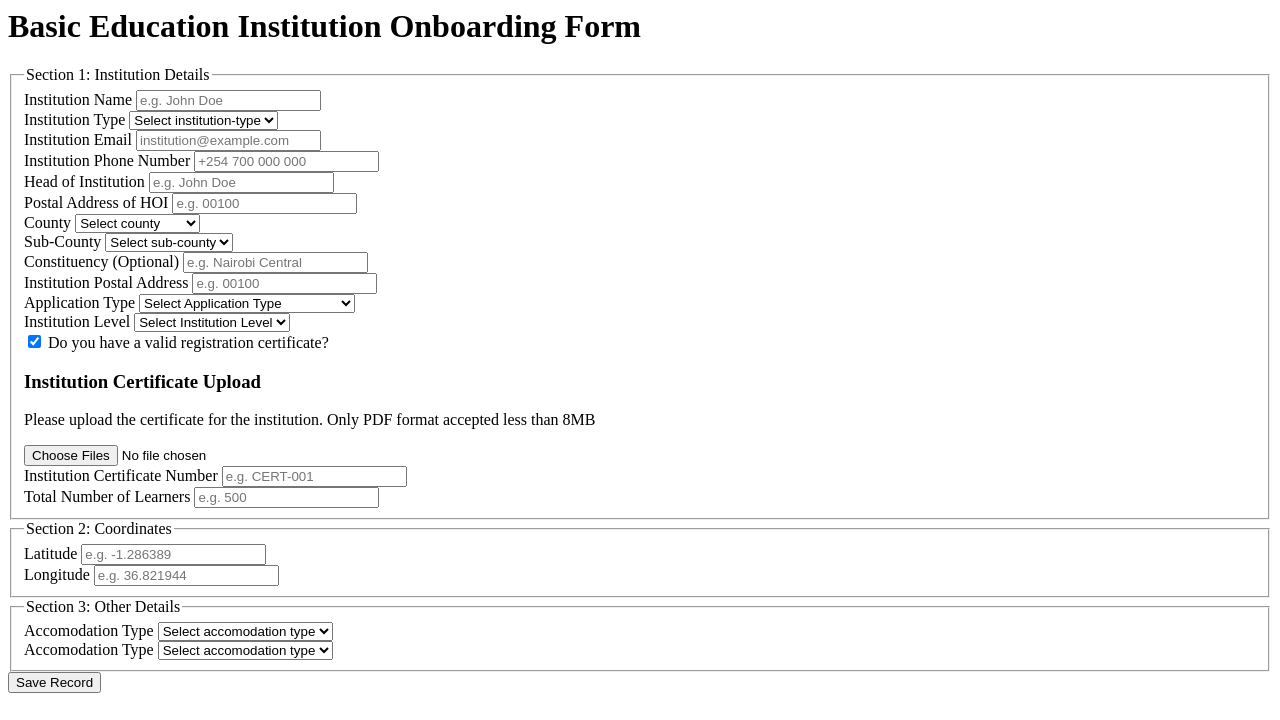
Repository: ndirituart/KEMIS
Page: angular-client/src/app/pages/basic-education/basic-education.html
The author's editor kept a copy of each file at every save. The page is drawn from the files as they stood at one save, then again after a run of saves.
The browser window is 1280 px wide. The pictures show the whole page.

Above is the page before, as saved 2026-10-20 21:46:36.

### angular-client/src/app/pages/basic-education/basic-education.html
<div class="kemis-form-wrapper">
<form class="kemis-form" (ngSubmit)="onSubmit()" #myForm="ngForm">
<h1 class="text-center mb-4">Basic Education Institution Onboarding Form</h1>
  <!-- ========================================== -->
  <!-- Section 1: Institution Details                -->
  <!-- ========================================== -->
  <fieldset class="mb-4 p-3 border rounded">
    <legend class="float-none w-auto px-2 fs-5 fw-bold text-primary">Section 1: Institution Details</legend>

    <div class="row g-3">
      <!-- Institution Name -->
      <div class="col-md-6">
        <label for="fullName" class="form-label fw-semibold">Institution Name</label>
        <input type="text" class="form-control" id="fullName" name="fullName" placeholder="e.g. John Doe" required>
      </div>

      <!-- Type of School based on Gender -->
      <div class="col-md-6">
        <label for="institution-type" class="form-label fw-semibold">Institution Type</label>
        <select class="form-select" id="institution-type" name="institution-type" required>
          <option value="" disabled selected>Select institution-type</option>
          <option value="Boy's School">Boy's School</option>
          <option value="Girl's School">Girl's School</option>
          <option value="Mixed School">Mixed School</option>
        </select>
      </div>

      <!-- Institution Email -->
      <div class="col-md-6">
        <label for="emailId" class="form-label fw-semibold">Institution Email</label>
        <input type="email" class="form-control" id="emailId" name="emailId" placeholder="institution@example.com" required>
      </div>

      <!-- Institution Phone Number -->
      <div class="col-md-6">
        <label for="phoneNumber" class="form-label fw-semibold">Institution Phone Number</label>
        <input type="tel" class="form-control" id="phoneNumber" name="phoneNumber" placeholder="+254 700 000 000" required>
      </div>

      <!-- Head of Institution -->
      <div class="col-md-6">
        <label for="headOfInstitution" class="form-label fw-semibold">Head of Institution</label>
        <input type="text" class="form-control" id="headOfInstitution" name="headOfInstitution" placeholder="e.g. John Doe" required>
      </div>

      <!-- Postal Address of HOI -->
      <div class="col-md-6">
        <label for="postalAddressHoi" class="form-label fw-semibold">Postal Address of HOI</label>
        <input type="text" class="form-control" id="postalAddressHoi" name="postalAddressHoi" placeholder="e.g. 00100" required>
      </div>

      <!--County List-->
      <div class="col-md-6">
        <label for="county" class="form-label fw-semibold">County</label>
        <select class="form-select" id="county" name="county" required>
          <option value="" disabled selected>Select county</option>
      <option value="baringo">Baringo</option>
      <option value="bomet">Bomet</option>
      <option value="bungoma">Bungoma</option>
      <option value="busia">Busia</option>
      <option value="elgeyo marakwet">Elgeyo Marakwet</option>
      <option value="embu">Embu</option>
      <option value="garissa">Garissa</option>
      <option value="homa bay">Homa Bay</option>
      <option value="isiolo">Isiolo</option>
      <option value="kajiado">Kajiado</option>
      <option value="kakamega">Kakamega</option>
      <option value="kericho">Kericho</option>
      <option value="kiambu">Kiambu</option>
      <option value="kilifi">Kilifi</option>
      <option value="kirinyaga">Kirinyaga</option>
      <option value="kisii">Kisii</option>
      <option value="kisumu">Kisumu</option>
      <option value="kitui">Kitui</option>
      <option value="kwale">Kwale</option>
      <option value="laikipia">Laikipia</option>
      <option value="lamu">Lamu</option>
      <option value="machakos">Machakos</option>
      <option value="makueni">Makueni</option>
      <option value="mandera">Mandera</option>
      <option value="meru">Meru</option>
      <option value="migori">Migori</option>
      <option value="marsabit">Marsabit</option>
      <option value="mombasa">Mombasa</option>
      <option value="muranga">Muranga</option>
      <option value="nairobi">Nairobi</option>
      <option value="nakuru">Nakuru</option>
      <option value="nandi">Nandi</option>
      <option value="narok">Narok</option>
      <option value="nyamira">Nyamira</option>
      <option value="nyandarua">Nyandarua</option>
      <option value="nyeri">Nyeri</option>
      <option value="samburu">Samburu</option>
      <option value="siaya">Siaya</option>
      <option value="taita taveta">Taita Taveta</option>
      <option value="tana river">Tana River</option>
      <option value="tharaka nithi">Tharaka Nithi</option>
      <option value="trans nzoia">Trans Nzoia</option>
      <option value="turkana">Turkana</option>
      <option value="uasin gishu">Uasin Gishu</option>
      <option value="vihiga">Vihiga</option>
      <option value="wajir">Wajir</option>
      <option value="pokot">West Pokot</option>
  </select>
      </div>

      <!--TO-DO: Nestsed array for Sub-County List dependent on county chosen-->
      <div class="col-md-6">
        <label for="subCounty" class="form-label fw-semibold">Sub-County</label>
        <select class="form-select" id="subCounty" name="subCounty" required>
          <option value="" disabled selected>Select sub-county</option>
        </select>
      </div>

      <!--Constituency Name OPTIONAL-->
      <div class="col-md-6">
        <label for="constituency" class="form-label fw-semibold">Constituency (Optional)</label>
        <input type="text" class="form-control" id="constituency" name="constituency" placeholder="e.g. Nairobi Central">
      </div>

      <!--Institution Postal Address-->
      <div class="col-md-6">
        <label for="postalAddressInstitution" class="form-label fw-semibold">Institution Postal Address</label>
        <input type="text" class="form-control" id="postalAddressInstitution" name="postalAddressInstitution" placeholder="e.g. 00100" required>
      </div>

       <!-- Application Type -->
      <div class="col-md-6">
        <label for="application-type" class="form-label fw-semibold">Application Type</label>
        <select class="form-select" id="application-type" name="application-type" required>
          <option value="" disabled selected>Select Application Type</option>
          <option value="Regular School">Regular School</option>
          <option value="Regular School with Special Unit">Regular School with Special Unit</option>
          <option value="Special School">Special School</option>
        </select>
      </div>

       <!-- Institution Level -->
      <div class="col-md-6">
        <label for="institution-level" class="form-label fw-semibold">Institution Level</label>
        <select class="form-select" id="institution-level" name="institution-level" required>
          <option value="" disabled selected>Select Institution Level</option>
          <option value="Pre-Primary">Pre-Primary</option>
          <option value="Primary">Primary</option>
          <option value="Secondary">Secondary</option>
          <option value="High School">High School</option>
        </select>
      </div>

      <!-- Boolean Toggle (Switch) -->
      <div class="col-12 mt-3">
        <div class="form-check form-switch">
          <input class="form-check-input" type="checkbox" role="switch" id="isActive" name="isActive" checked>
          <label class="form-check-label fw-semibold" for="isActive">Do you have a valid registration certificate?</label>
        </div>
      </div>

      <!--Certificate Upload-->
      <div class="upload">
        <h3>Institution Certificate Upload</h3>
        <p class="upload__description">Please upload the certificate for the institution. Only PDF format accepted less than 8MB </p>
        <input class="upload__input" id="certificate_pdf" type="file" multiple />
        <div class="upload__files">
        </div>
      </div>

      <!--Institution Certificate Number-->
      <div class="col-md-6">
        <label for="certificateNumber" class="form-label fw-semibold">Institution Certificate Number</label>
        <input type="text" class="form-control" id="certificateNumber" name="certificateNumber" placeholder="e.g. CERT-001" required>
      </div>

      <!--Total Number of Learners-->
      <div class="col-md-6">
        <label for="totalLearners" class="form-label fw-semibold">Total Number of Learners</label>
        <input type="number" class="form-control" id="totalLearners" name="totalLearners" placeholder="e.g. 500" required>
      </div>

    </div>
  </fieldset>

  <!-- ========================================== -->
  <!-- SECTION 2: Coordinates            -->
  <!-- ========================================== -->
  <fieldset class="mb-4 p-3 border rounded">
    <legend class="float-none w-auto px-2 fs-5 fw-bold text-primary">Section 2: Coordinates</legend>

    <div class="row g-3">
      <!-- Latitude -->
      <div class="col-md-6">
        <label for="latitude" class="form-label fw-semibold">Latitude</label>
        <input type="number" class="form-control" id="latitude" name="latitude" placeholder="e.g. -1.286389" required>
      </div>

      <!-- Longitude -->
      <div class="col-md-6">
        <label for="longitude" class="form-label fw-semibold">Longitude</label>
        <input type="number" class="form-control" id="longitude" name="longitude" placeholder="e.g. 36.821944" required>
      </div>


    </div>
  </fieldset>

  <!-- ========================================== -->
  <!-- SECTION 3: Other Details                -->
  <!-- ========================================== -->
  <fieldset class="mb-4 p-3 border rounded">
    <legend class="float-none w-auto px-2 fs-5 fw-bold text-primary">Section 3: Other Details</legend>

    <div class="row g-3">

      <!-- Accomodation Type -->
      <div class="col-md-6">
        <label for="accomodation-type" class="form-label fw-semibold">Accomodation Type</label>
        <select class="form-select" id="accomodation-type" name="accomodation-type" required>
          <option value="" disabled selected>Select accomodation type</option>
          <option value="Day">Day</option>
          <option value="Boarding">Boarding</option>
          <option value="Hybrid">Hybrid</option>
        </select>
      </div>

      <!-- Accomodation Type -->
      <div class="col-md-6">
        <label for="accomodation-type" class="form-label fw-semibold">Accomodation Type</label>
        <select class="form-select" id="accomodation-type" name="accomodation-type" required>
          <option value="" disabled selected>Select accomodation type</option>
          <option value="Day">Day</option>
          <option value="Boarding">Boarding</option>
          <option value="Hybrid">Hybrid</option>
        </select>
      </div>
    </div>
  </fieldset>

  <!-- Submit Button -->
  <div class="d-grid gap-2 mt-4">
    <button type="submit" class="btn btn-primary btn-lg">Save Record</button>
  </div>

</form>
</div>

After the next 3 saves:
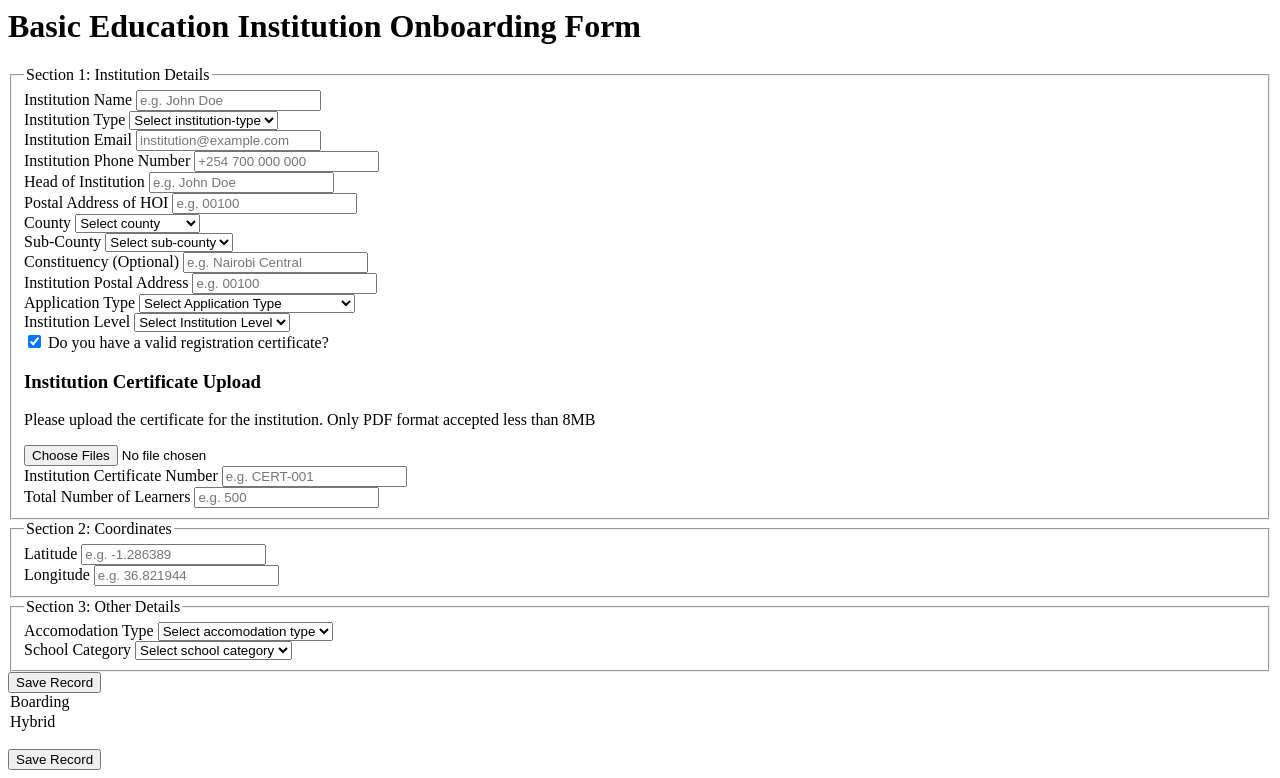
The 3 saves are shown as one change because they came seconds apart.
The last was saved 12 s later.
--- a/angular-client/src/app/pages/basic-education/basic-education.html
+++ b/angular-client/src/app/pages/basic-education/basic-education.html
@@ -221,12 +221,22 @@
         </select>
       </div>
 
-      <!-- Accomodation Type -->
-      <div class="col-md-6">
-        <label for="accomodation-type" class="form-label fw-semibold">Accomodation Type</label>
-        <select class="form-select" id="accomodation-type" name="accomodation-type" required>
-          <option value="" disabled selected>Select accomodation type</option>
-          <option value="Day">Day</option>
+      <!-- School Category -->
+      <div class="col-md-6">
+        <label for="school-category" class="form-label fw-semibold">School Category</label>
+        <select class="form-select" id="school-category" name="school-category" required>
+          <option value="" disabled selected>Select school category</option>
+          <option value="Primary">Primary</option>
+          <option value="Secondary">Secondary</option>
+          <option value="High School">High School</option>
+        </select>
+      </div>
+    </div>
+  </fieldset>
+
+  <!-- Submit Button -->
+  <div class="d-grid gap-2 mt-4">
+    <button type="submit" class="btn btn-primary btn-lg">Save Record</button>
           <option value="Boarding">Boarding</option>
           <option value="Hybrid">Hybrid</option>
         </select>
